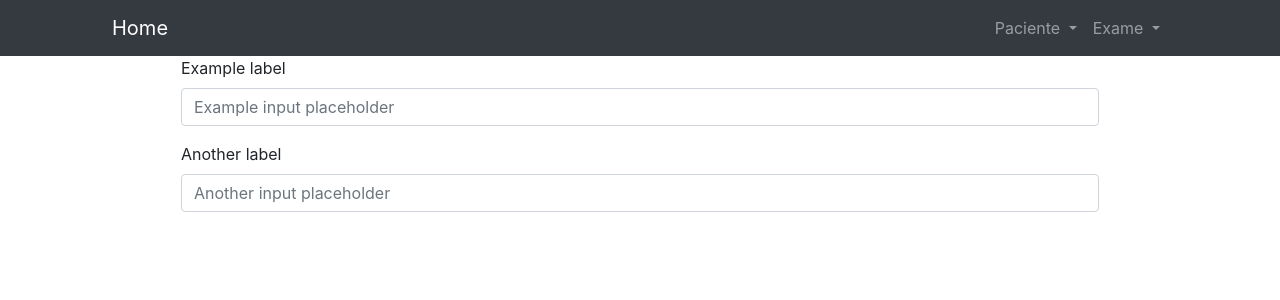
Repository: noobDevPRB/struts2_project
Page: http://localhost/Projeto_SOCTest/
The author's editor kept a copy of each file at every save. The page is drawn from the files as they stood at one save, then again after the next save.
The browser window is 1280 px wide. The pictures show the whole page.
The page is served by Tomcat 9. Nobody is signed in. The application's start-up code is not run. Other server files are loaded and not shown.

Above is the page before, as saved 2020-10-17 16:14:15.

### Projeto_SOCTest/WebContent/index.jsp
<%@ page language="java" contentType="text/html; charset=ISO-8859-1" pageEncoding="ISO-8859-1"%>


<!DOCTYPE html>
<html>
<head>
    <!-- Required meta tags -->
    <meta charset="utf-8">
    <meta name="viewport" content="width=device-width, initial-scale=1, shrink-to-fit=no">

    <!-- Bootstrap CSS -->
    <link rel="stylesheet" href="https://stackpath.bootstrapcdn.com/bootstrap/4.4.1/css/bootstrap.min.css">

    <title>Hello, world!</title>
  </head>
  <body>
    <nav class="navbar navbar-expand-lg navbar-dark bg-dark">
	  <a class="navbar-brand pl-5 ml-5" href="http://localhost:8080/Projeto_SOCTest/">Home</a>

	  <div class="collapse navbar-collapse" id="navbarSupportedContent">
	    <ul class="navbar-nav ml-auto pr-5 mr-5">
	      <li class="nav-item dropdown">
	        <a class="nav-link dropdown-toggle" href="#" id="navbarDropdown" role="button" data-toggle="dropdown" aria-haspopup="true" aria-expanded="false">
	          Paciente
	        </a>
	        <div class="dropdown-menu" aria-labelledby="navbarDropdown">
	          <a class="dropdown-item" href="http://localhost:8080/Projeto_SOCTest/cadastrarPaciente">Cadastro</a>
	          <a class="dropdown-item" href="http://localhost:8080/Projeto_SOCTest/listarPaciente">Listagem</a>
	        </div>
	      </li>
	      <li class="nav-item dropdown">
	        <a class="nav-link dropdown-toggle" href="#" id="navbarDropdown" role="button" data-toggle="dropdown" aria-haspopup="true" aria-expanded="false">
	          Exame
	        </a>
	        <div class="dropdown-menu" aria-labelledby="navbarDropdown">
	          <a class="dropdown-item" href="http://localhost:8080/Projeto_SOCTest/cadastrarExames">Cadastro</a>
	          <a class="dropdown-item" href="http://localhost:8080/Projeto_SOCTest/listarExames">Listagem</a>
	        </div>
	      </li>
	    </ul>
	  </div>
	</nav>

	<div class="container">
	  <div class="row">
	    <div class="col-sm">
	     	<form>
			  <div class="form-group px-5 mx-5">
			    <label for="formGroupExampleInput">Example label</label>
			    <input type="text" class="form-control" id="formGroupExampleInput" placeholder="Example input placeholder">
			  </div>
			  <div class="form-group px-5 mx-5">
			    <label for="formGroupExampleInput2">Another label</label>
			    <input type="text" class="form-control" id="formGroupExampleInput2" placeholder="Another input placeholder">
			  </div>
			</form>
	    </div>
	  </div>
	</div>

    <!-- Optional JavaScript -->
    <!-- jQuery first, then Popper.js, then Bootstrap JS -->
    <script src="https://code.jquery.com/jquery-3.4.1.slim.min.js"></script>
    <script src="https://cdn.jsdelivr.net/npm/popper.js@1.16.0/dist/umd/popper.min.js"></script>
    <script src="https://stackpath.bootstrapcdn.com/bootstrap/4.4.1/js/bootstrap.min.js"></script>
  </body>
</html>

After the next save:
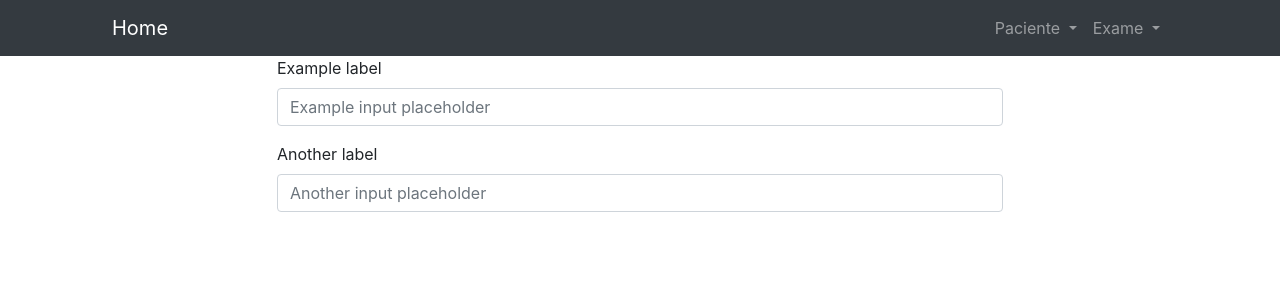
Saved 33 s later.
--- a/Projeto_SOCTest/WebContent/index.jsp
+++ b/Projeto_SOCTest/WebContent/index.jsp
@@ -44,7 +44,7 @@
 	<div class="container">
 	  <div class="row">
 	    <div class="col-sm">
-	     	<form>
+	     	<form class="px-5 mx-5">
 			  <div class="form-group px-5 mx-5">
 			    <label for="formGroupExampleInput">Example label</label>
 			    <input type="text" class="form-control" id="formGroupExampleInput" placeholder="Example input placeholder">
